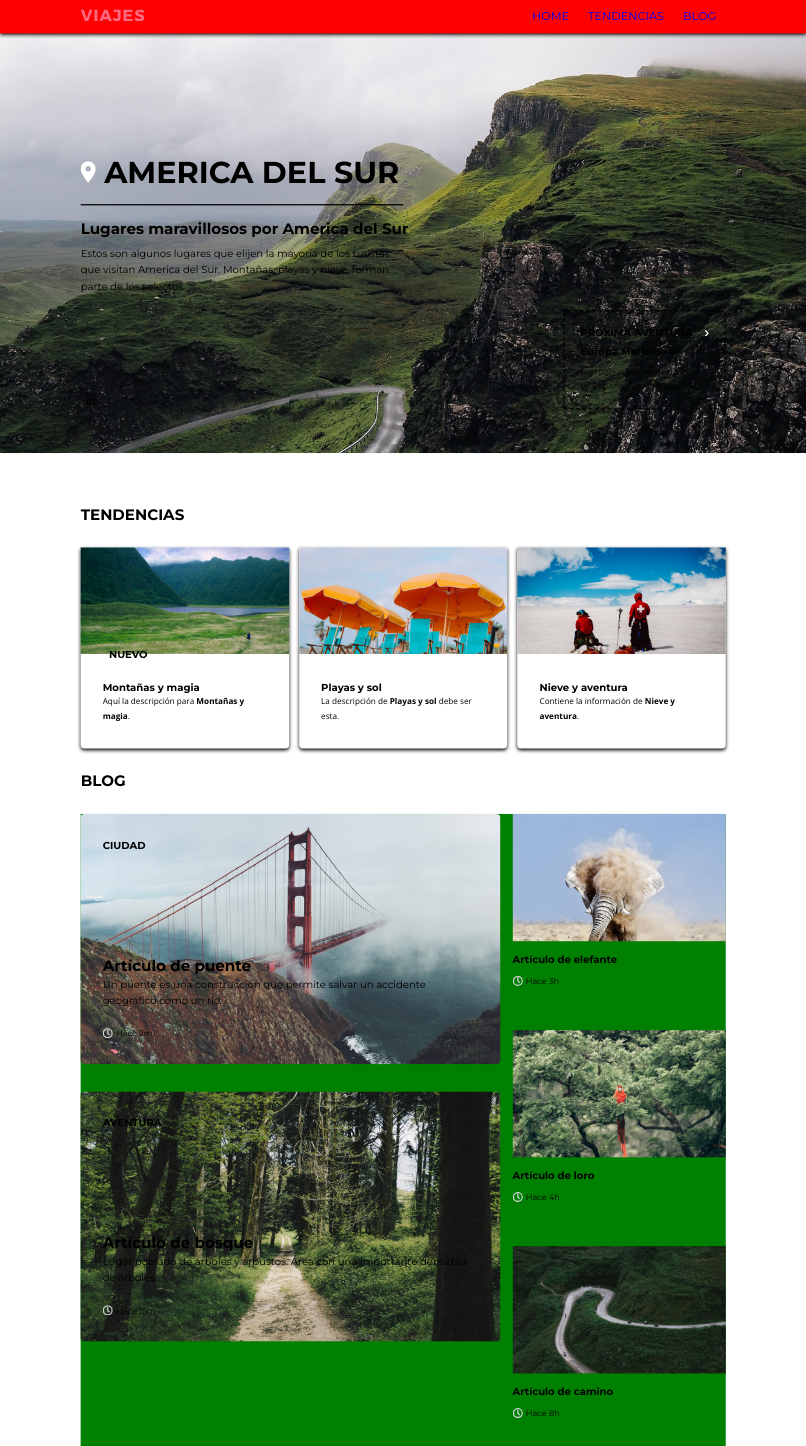
Repository: agustin-mesa/viajes
Page: /
An editor plug-in stored every save of this project. The page is shown before and after the next save, followed by the edit.
The browser window is 1280 px wide. The pictures show the whole page, at 63% of full size.
The project was rebuilt for these pictures with package versions that can differ from the ones it lists, and the page was loaded fresh each time. Also part of the build but not shown: src/components/styles/colors.module.scss.

Above is the page before, as saved 2021-11-12 15:07:16.

### public/index.html
<!DOCTYPE html>
<html lang="es">
  <head>
    <meta name="author" content="Mauro Agustín Mesa" />
    <meta charset="utf-8" />
    <meta name="viewport" content="width=device-width, initial-scale=1" />
    <meta name="theme-color" content="#000000" />
    <meta
      name="description"
      content="Web site created using create-react-app"
    />
    <title>React App</title>
  </head>
  <body>
    <noscript>You need to enable JavaScript to run this app.</noscript>
    <div id="root"></div>
  </body>
</html>

### src/index.js
import React from "react";
import ReactDOM from "react-dom";
import App from "./App";
import "./index.css";

const Index = () => {
  return <App />;
};

ReactDOM.render(<Index />, document.getElementById("root"));

### src/App.js
import React from "react";
import Header from "./components/Header";
import Home from "./pages/Home";
import Tendencias from "./pages/Tendencias";
import Blog from "./pages/Blog";

const App = () => {
  return (
    <>
      <Header />
      <Home />
      <Tendencias />
      <Blog />
    </>
  );
};

export default App;

### src/index.css
@import url("https://fonts.googleapis.com/css2?family=Montserrat:wght@100;200;300;400;500;600;700&display=swap");
@import url("https://fonts.googleapis.com/css2?family=Montserrat:wght@100;200;300;400;500;600;700&family=Open+Sans:wght@400;500;600;700&display=swap");

* {
  margin: 0;
  padding: 0;
  list-style: none;
  text-decoration: none;
  border: none;
  outline: none;
  scroll-behavior: smooth;
}

body {
  margin: 0;
  -webkit-font-smoothing: antialiased;
  -moz-osx-font-smoothing: grayscale;
  font-family: "Montserrat", "Open Sans", sans-serif;
}

code {
  font-family: source-code-pro, Menlo, Monaco, Consolas, "Courier New",
    monospace;
}

### src/components/Header.js
import React from "react";
import styled from "styled-components";

// Colors
import * as colors from "./styles/colors.module.scss";

// LOGO
import logo from "../Assets/logo/logo_01.svg";

const Header = () => {
  return (
    <ContainerHeader>
      <nav>
        <div className="header__logo">
          <a href="#home">
            <img src={logo} alt="Viajes" />
          </a>
        </div>
        <ul>
          <li>
            <a href="#home">HOME</a>
          </li>
          <li>
            <a href="#tendencias">TENDENCIAS</a>
          </li>
          <li>
            <a href="#blog">BLOG</a>
          </li>
        </ul>
      </nav>
    </ContainerHeader>
  );
};

const ContainerHeader = styled.header`
  position: fixed;
  top: 0;
  left: 0;
  right: 0;
  z-index: 999;
  background: red;
  background: ${colors.white};
  box-shadow: 0px 3px 6px ${colors.blackOpac};
  nav {
    display: flex;
    flex-direction: row;
    justify-content: space-between;
    align-items: center;
    padding: 15px 10%;
    ul {
      display: flex;
      flex-direction: row;
      justify-content: flex-end;
      align-items: center;
      width: 100%;
      li a {
        padding: 15px 15px;
        font: normal normal normal 18px/13px Montserrat;
        color: ${colors.blueRelax};
        transition: all 0.2s ease;
      }
      li a:hover {
        color: ${colors.darkblue};
      }
    }
  }
`;

export default Header;

### src/pages/Home.js
import React from "react";
import styled from "styled-components";

import * as colors from "../components/styles/colors.module.scss";

// IMG
import viajesHero from "../Assets/img/Viajes_Hero.jpg";
import icPin from "../Assets/iconos/ic_pin.svg";
import icArrow from "../Assets/iconos/arrow.svg";

// Importo etiquetas default con estilos propios
import { Parrafo, Span, H3, H5 } from "../components/styles/stylesDefault";

const Home = () => {
  return (
    <ContainerHome id="home">
      <HeroWrapper>
        <div className="hero__title">
          <h1>
            <img src={icPin} alt="Pin" /> AMERICA DEL SUR
          </h1>
          <hr />
          <H3 color="white">Lugares maravillosos por America del Sur</H3>
          <Parrafo>
            Estos son algunos lugares que elijen la mayoría de los turistas que
            visitan America del Sur. Montañas, playas y nieve, forman parte de
            los selectos.
          </Parrafo>
        </div>
        <div className="hero__info">
          <H5>
            PRÓXIMA AVENTURA <img src={icArrow} alt="Arrow" />
          </H5>
          <Span color="white">Europa Meridional</Span>
          <p>
            Forman parte veinte países. <br />
            ej. España, Francia, etc.
          </p>
        </div>
      </HeroWrapper>
      <div className="slider">
        <span>01</span>
      </div>
    </ContainerHome>
  );
};

const ContainerHome = styled.div`
  width: 100%;
  height: 100vh;
  background-image: url(${viajesHero});
  background-size: cover;
  background-position: center;

  .slider {
    position: absolute;
    width: 13%;
    bottom: 60px;
    display: flex;
    align-items: center;
    justify-content: flex-end;
    z-index: 1;
    span {
      display: flex;
      align-items: center;
      justify-content: center;
      width: 45px;
      height: 45px;
      background: ${colors.white};
      border-radius: 50px;
      font: normal normal bold 14px/22px Montserrat;
    }
    span::after {
      content: "";
      position: absolute;
      width: 70px;
      height: 70px;
      background: ${colors.whiteOpac};
      border-radius: 50px;
      z-index: -2;
    }
    span::before {
      content: "";
      position: absolute;
      left: 0;
      width: 100%;
      height: 5px;
      background: ${colors.pink};
      z-index: -1;
    }
  }
`;

const HeroWrapper = styled.div`
  position: absolute;
  top: 0;
  bottom: 0;
  left: 10%;
  right: 10%;
  display: flex;
  align-items: center;
  .hero__title {
    display: flex;
    align-items: flex-start;
    justify-content: center;
    flex-direction: column;
    color: ${colors.white};

    h1 {
      font: normal normal bold 48px/42px Montserrat;
    }
    hr {
      width: 50%;
      border-bottom: 2px solid ${colors.white};
      margin: 30px 0 20px;
    }
  }

  .hero__info {
    position: absolute;
    right: 0;
    bottom: 70px;
    background: ${colors.darkblueOpac} 0% 0% no-repeat padding-box;
    border: 2px dashed ${colors.whiteOpac};
    border-radius: 6px;
    padding: 25px;

    p {
      font: normal normal 300 14px/22px Montserrat;
      color: ${colors.white};
      margin: 10px 0 0;
    }
  }
`;

export default Home;

### src/pages/Tendencias.js
import React from "react";
import styled from "styled-components";

// Colors
import * as colors from "../components/styles/colors.module.scss";

// IMG
import card01 from "../Assets/img/card_01.png";
import card02 from "../Assets/img/card_02.png";
import card03 from "../Assets/img/card_03.png";

// Importo etiquetas default con estilos propios
import { H3 } from "../components/styles/stylesDefault";

// Components
import TendenciaItem from "../components/TendenciaItem";

const Tendencias = () => {
  // Simulo una base de datos para luego imprimir cada CARD.
  // Aunque también se podría hacer manualmente usando el componente
  // TendenciaItem y usar sus props, pero la manera más eficiente es el de
  // simular una base de datos; tranquilamente se muestra cada CARD con tan solo
  // agregar un objeto más dentro del array.
  const tendencias = [
    {
      src: card01,
      isNew: true,
      titulo: "Montañas y magia",
      descripcion: (
        <>
          Aquí la descripción para <b>Montañas y magia</b>.
        </>
      ),
    },
    {
      src: card02,
      isNew: false,
      titulo: "Playas y sol",
      descripcion: (
        <>
          La descripción de <b>Playas y sol</b> debe ser esta.
        </>
      ),
    },
    {
      src: card03,
      isNew: false,
      titulo: "Nieve y aventura",
      descripcion: (
        <>
          Contiene la información de <b>Nieve y aventura</b>.
        </>
      ),
    },
  ];

  return (
    <ContainerTendencias id="tendencias">
      <div className="tendencias">
        <div className="tendencias__header">
          <H3 color="darkblue">TENDENCIAS</H3>
        </div>
        <div className="tendencias__body">
          {tendencias.map((tendencia, i) => {
            return (
              <TendenciaItem
                src={tendencia.src}
                nuevo={tendencia.isNew}
                titulo={tendencia.titulo}
                descripcion={tendencia.descripcion}
                key={i}
              />
            );
          })}
        </div>
      </div>
    </ContainerTendencias>
  );
};

const ContainerTendencias = styled.section`
  height: 90vh;
  padding: 80px 10% 0;
  background: ${colors.grey};

  .tendencias__body {
    display: flex;
    align-items: center;
    margin: 35px 0 0;

    div:last-child {
      margin: 0;
    }
  }
  .tendencias__header {
    width: 100%;
  }
`;

export default Tendencias;

### src/pages/Blog.js
import React from "react";
import styled from "styled-components";

// Colors
import * as colors from "../components/styles/colors.module.scss";

// IMG
import artBig01 from "../Assets/img/articulo_big_01.png";
import artBig02 from "../Assets/img/articulo_big_02.png";
import artSmall01 from "../Assets/img/articulo_small_01.png";
import artSmall02 from "../Assets/img/articulo_small_02.png";
import artSmall03 from "../Assets/img/articulo_small_03.png";

// Importo etiquetas default con estilos propios
import { H3 } from "../components/styles/stylesDefault";

// Components
import BigNewItem from "../components/BigNewItem";
import SmallNewItem from "../components/SmallNewItem";

const Blog = () => {
  const articulosBig = [
    {
      src: artBig01,
      tipo: "CIUDAD",
      titulo: "Artículo de puente",
      descripcion:
        "Un puente es una construcción que permite salvar un accidente geográfico como un río.",
      time: "2m",
    },
    {
      src: artBig02,
      tipo: "AVENTURA",
      titulo: "Artículo de bosque",
      descripcion:
        "Lugar poblado de árboles y arbustos. Área con una importante densidad de árboles.",
      time: "15m",
    },
  ];

  const articulosSmall = [
    {
      src: artSmall01,
      titulo: "Artículo de elefante",
      time: "3h",
    },
    {
      src: artSmall02,
      titulo: "Artículo de loro",
      time: "4h",
    },
    {
      src: artSmall03,
      titulo: "Artículo de camino",
      time: "8h",
    },
  ];

  return (
    <ContainerBlog>
      <div className="blog" id="blog">
        <div className="blog__header">
          <H3 color="darkblue">BLOG</H3>
        </div>
        <div className="blog__body">
          <div className="body__article">
            {articulosBig.map((articulo, i) => {
              return (
                <BigNewItem
                  src={articulo.src}
                  tipo={articulo.tipo}
                  titulo={articulo.titulo}
                  descripcion={articulo.descripcion}
                  time={articulo.time}
                  key={i}
                />
              );
            })}
          </div>
          {articulosSmall.map((articulo, i) => {
            return (
              <SmallNewItem
                src={articulo.src}
                titulo={articulo.titulo}
                time={articulo.time}
                key={i}
              />
            );
          })}
        </div>
      </div>
    </ContainerBlog>
  );
};

const ContainerBlog = styled.section`
  position: relative;
  height: 95vh;
  padding: 80px 10% 0;
  background: ${colors.white};

  .blog {
    position: absolute;
    top: -300px;
    left: 10%;
    right: 10%;
    bottom: 0;
    display: flex;
    align-items: center;
    justify-content: flex-start;
    flex-direction: column;
    padding: 75px 0 50px;
  }
  .blog__header {
    width: 100%;
  }
  .blog__body {
    background: green;
    display: grid;
    grid-template-columns: 65% 1fr;
    grid-template-rows: auto;
    row-gap: 25px;
    -moz-column-gap: 20px;
    column-gap: 20px;
    margin: 35px 0 0;
  }
  .body__article {
    height: 100%;
    margin: 0;
    grid-row: span 3;
  }
  article:first-child {
    margin: 0 0 40px;
  }

  @media only screen and (min-width: 1335px) {
    .blog__body {
    }
  }
`;

export default Blog;

### src/components/styles/stylesDefault.js
import styled from "styled-components";

// Colors
import * as colors from "./colors.module.scss";

const Parrafo = styled.p`
  margin: 10px 0 0;
  font: normal normal normal 16px/26px Montserrat;
  width: 50%;
  color: ${colors.white};
`;

const H3 = styled.h3`
  font: normal normal bold 24px/34px Montserrat;
  color: ${(props) => {
    if (props.color === "white") return colors.white;
    if (props.color === "darkblue") return colors.darkblue;
  }};
`;

const H5 = styled.h5`
  font: normal normal bold 16px/20px Montserrat;
  color: ${colors.pink};
  margin: 0 0 10px;
  img {
    margin: 0 0 0 15px;
  }
`;

const Span = styled.span`
  font: normal normal bold 16px/20px Montserrat;
  color: ${(props) => {
    if (props.color === "white") return colors.white;
    if (props.color === "darkblue") return colors.darkblue;
  }};
`;

export { Parrafo, Span, H3, H5 };

### src/components/TendenciaItem.js
import React from "react";
import styled from "styled-components";

// Colors
import * as colors from "./styles/colors.module.scss";

import { Span } from "./styles/stylesDefault";

const TendenciaItem = ({ src, nuevo, titulo, descripcion }) => {
  return (
    <TenItem>
      <div className="tendencia-item__img">
        <img src={src} alt={titulo} />
      </div>
      <div className="tendencia-item__new">{nuevo && <span>NUEVO</span>}</div>
      <div className="tendencia-item__descrip">
        <Span color="darkblue">{titulo}</Span>
        <p>{descripcion}</p>
      </div>
    </TenItem>
  );
};

const TenItem = styled.div`
  background: ${colors.white} 0% 0% no-repeat padding-box;
  box-shadow: 0px 3px 6px ${colors.blackOpac};
  border-radius: 0 0 6px 6px;
  margin: 0 16px 0 0;
  width: 100%;

  .tendencia-item__img img {
    width: 100%;
  }
  .tendencia-item__new {
    width: 100%;
    position: relative;
    span {
      position: absolute;
      top: -20px;
      left: 35px;
      background: ${colors.pink};
      border-radius: 6px;
      padding: 10px;
      font: normal normal bold 16px/13px Montserrat;
      color: ${colors.white};
    }
  }
  .tendencia-item__descrip {
    padding: 40px 35px;
    p {
      font: normal normal normal 13px/23px Open Sans;
      color: ${colors.greyBlue};
    }
  }
`;

export default TendenciaItem;

### src/components/BigNewItem.js
import React from "react";
import styled from "styled-components";

// Importo etiquetas default con estilos propios
import { Span, H3, Parrafo } from "../components/styles/stylesDefault";
import Time from "./Time";

const BigNewItem = ({ src, tipo, titulo, descripcion, time }) => {
  return (
    <NewItemBig>
      <img className="img__bg" src={src} alt={titulo} />
      <div className="newItem__info">
        <div className="info__header">
          <Span color="white">{tipo}</Span>
        </div>
        <div className="info__body">
          <H3 color="white">{titulo}</H3>
          <Parrafo>{descripcion}</Parrafo>
          <Time time={time} />
        </div>
      </div>
    </NewItemBig>
  );
};

const NewItemBig = styled.article`
  position: relative;
  border-radius: 6px;
  width: 100%;

  .img__bg {
    width: 100%;
    max-width: 750px;
  }
  .newItem__info {
    position: absolute;
    top: 40px;
    left: 35px;
    right: 35px;
    bottom: 40px;
    display: flex;
    flex-direction: column;
    justify-content: space-between;
  }
  .info__body p {
    width: 100%;
    margin: 0 0 25px;
  }
`;

export default BigNewItem;

### src/components/SmallNewItem.js
import React from "react";
import styled from "styled-components";

// Importo etiquetas default con estilos propios
import { Span } from "../components/styles/stylesDefault";

// Components
import Time from "./Time";

const SmallNewItem = ({ src, titulo, time }) => {
  return (
    <NewItemSmall>
      <img className="img__bg" src={src} alt={titulo} />
      <Span className="titulo" color="darkblue">
        {titulo}
      </Span>
      <Time time={time} />
    </NewItemSmall>
  );
};

const NewItemSmall = styled.article`
  display: flex;
  align-items: start;
  justify-content: center;
  flex-direction: column;
  margin: 0 0 40px;
  span.titulo {
    margin: 20px 0 10px;
  }
  .img__bg {
    width: 100%;
  }
`;

export default SmallNewItem;

### src/components/Time.js
import React from "react";
import styled from "styled-components";

// Colors
import * as colors from "./styles/colors.module.scss";

// IMG
import icTime from "../Assets/iconos/time.svg";

const Time = ({ time }) => {
  return (
    <Timer>
      <img src={icTime} alt="Time" /> Hace {time}
    </Timer>
  );
};

const Timer = styled.span`
  display: flex;
  align-items: center;
  font: normal normal normal 13px/26px Montserrat;
  color: ${colors.blueRelax};
  img {
    margin: 0 5px 0 0;
  }
`;
export default Time;

After the next save:
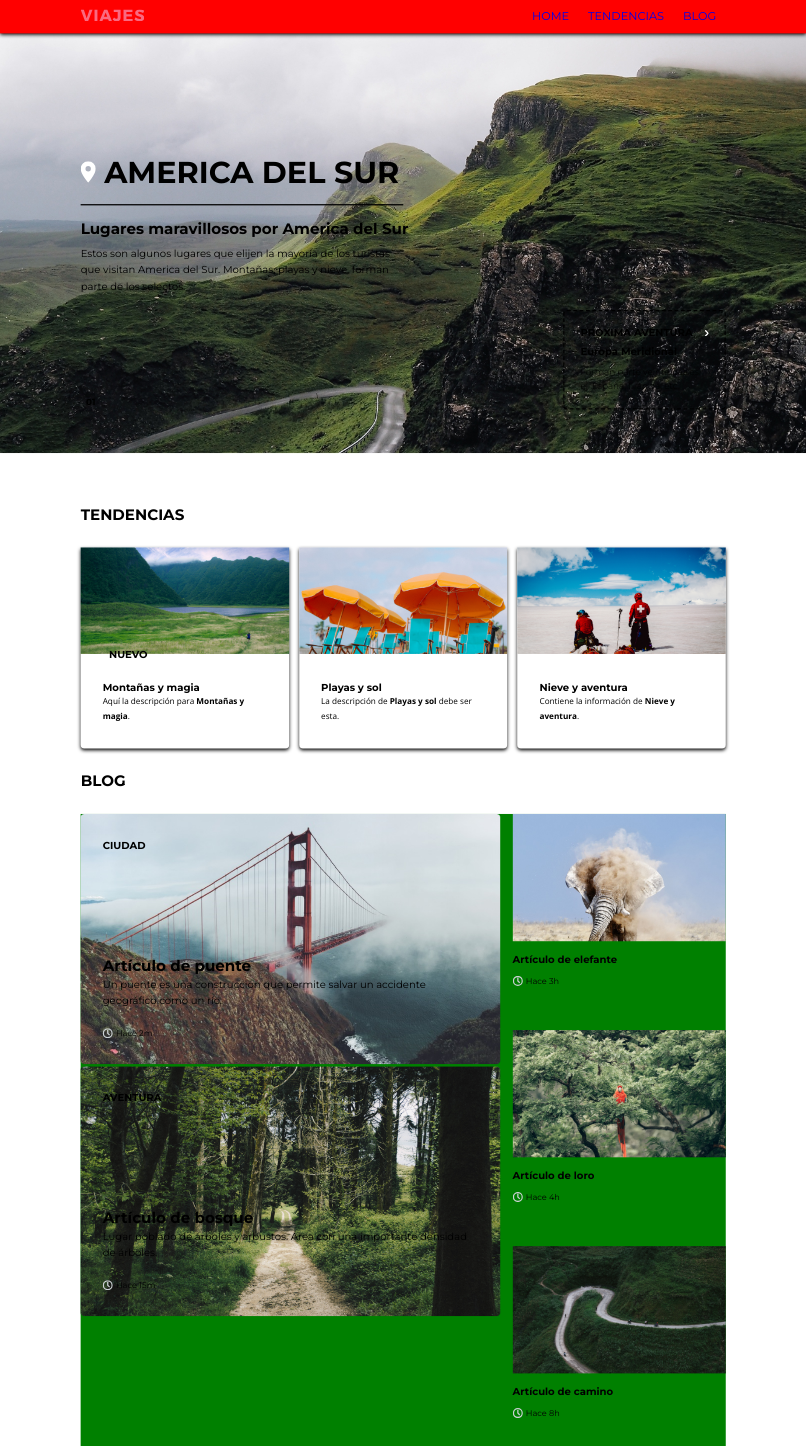
Saved 42 s later.
--- a/src/pages/Blog.js
+++ b/src/pages/Blog.js
@@ -129,7 +129,7 @@ const ContainerBlog = styled.section`
     margin: 0;
     grid-row: span 3;
   }
-  article:first-child {
+  article:last-child {
     margin: 0 0 40px;
   }
 

After the 3 saves that followed:
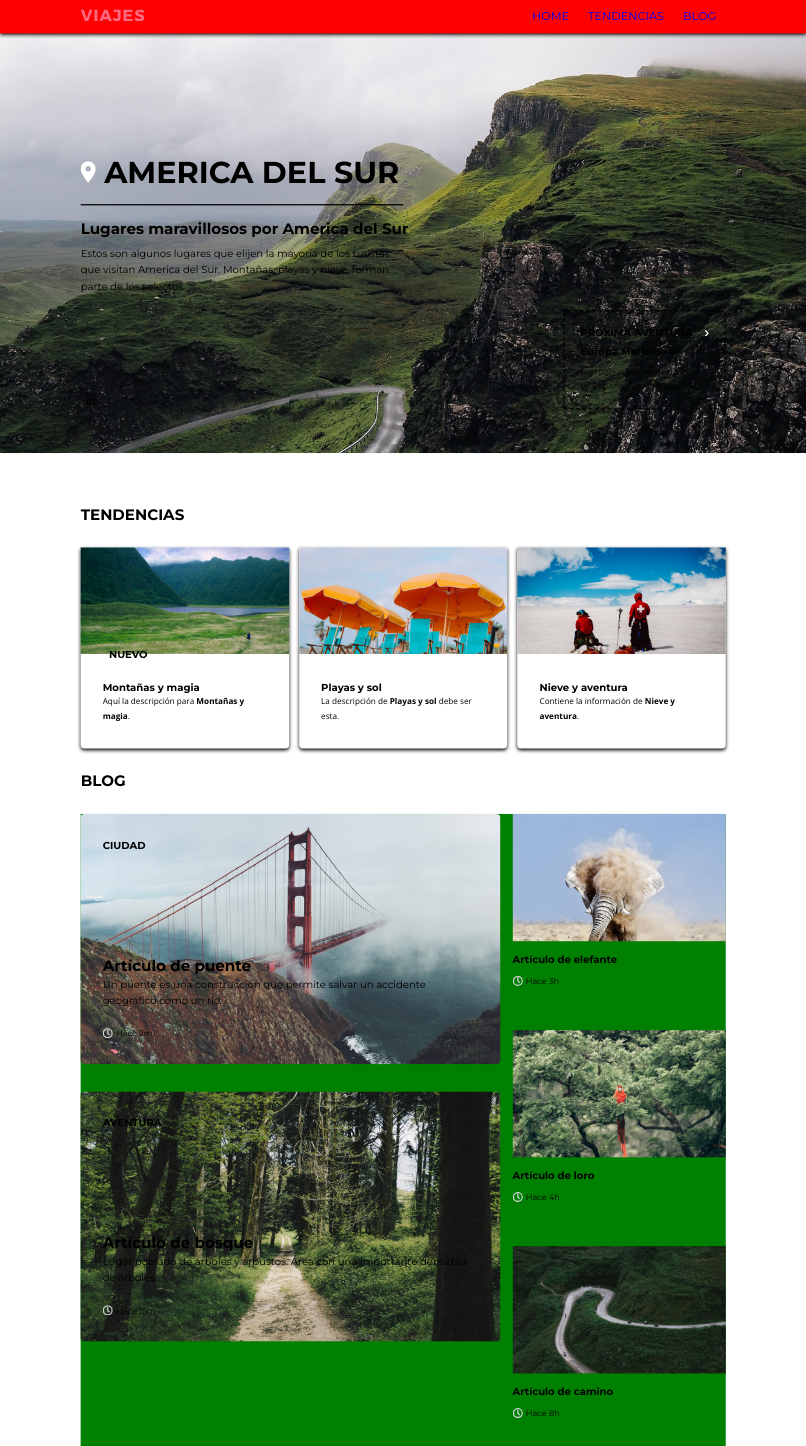
The 3 saves are shown as one change because 2 left the picture as it was.
The last was saved 103 s later.
--- a/src/components/BigNewItem.js
+++ b/src/components/BigNewItem.js
@@ -27,6 +27,7 @@ const NewItemBig = styled.article`
   position: relative;
   border-radius: 6px;
   width: 100%;
+  margin: 0 0 40px;
 
   .img__bg {
     width: 100%;
